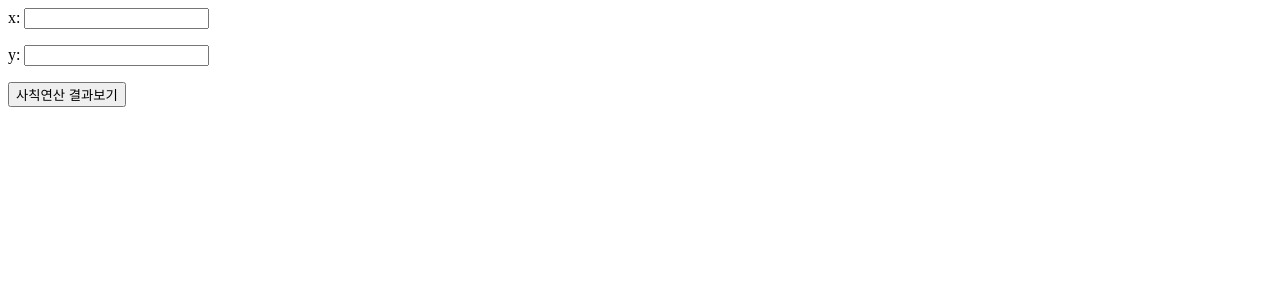
Repository: AiharaAkira/jsp
Page: WebWorkSpace/02_InputOutput/src/main/webapp/Calc2.html
These files come from the project's save history. The page is drawn as it stood at one moment and after the next save; the edit follows.
The browser window is 1280 px wide. The pictures show the whole page.

Above is the page before, as saved 2021-11-08 01:03:11.

After the next save:
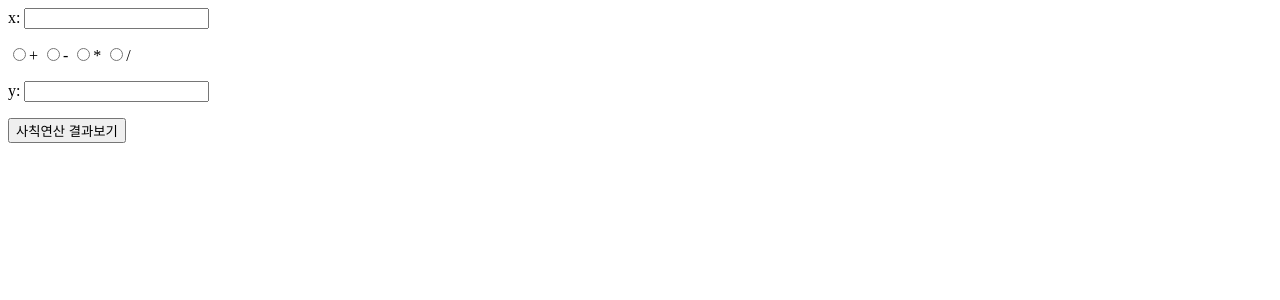
Saved 33 min 25 s later.
--- a/WebWorkSpace/02_InputOutput/src/main/webapp/Calc2.html
+++ b/WebWorkSpace/02_InputOutput/src/main/webapp/Calc2.html
@@ -7,6 +7,11 @@
 <body>
 	<form action="Calc">
 	x: <input name="x"><p>
+		<input type="radio" name="c" value="+">+
+		<input type="radio" name="c" value="-">-
+		<input type="radio" name="c" value="*">*
+		<input type="radio" name="c" value="/">/
+		<p>
 	y: <input name="y"><p>
 	<button>사칙연산 결과보기</button>
 	</form>
